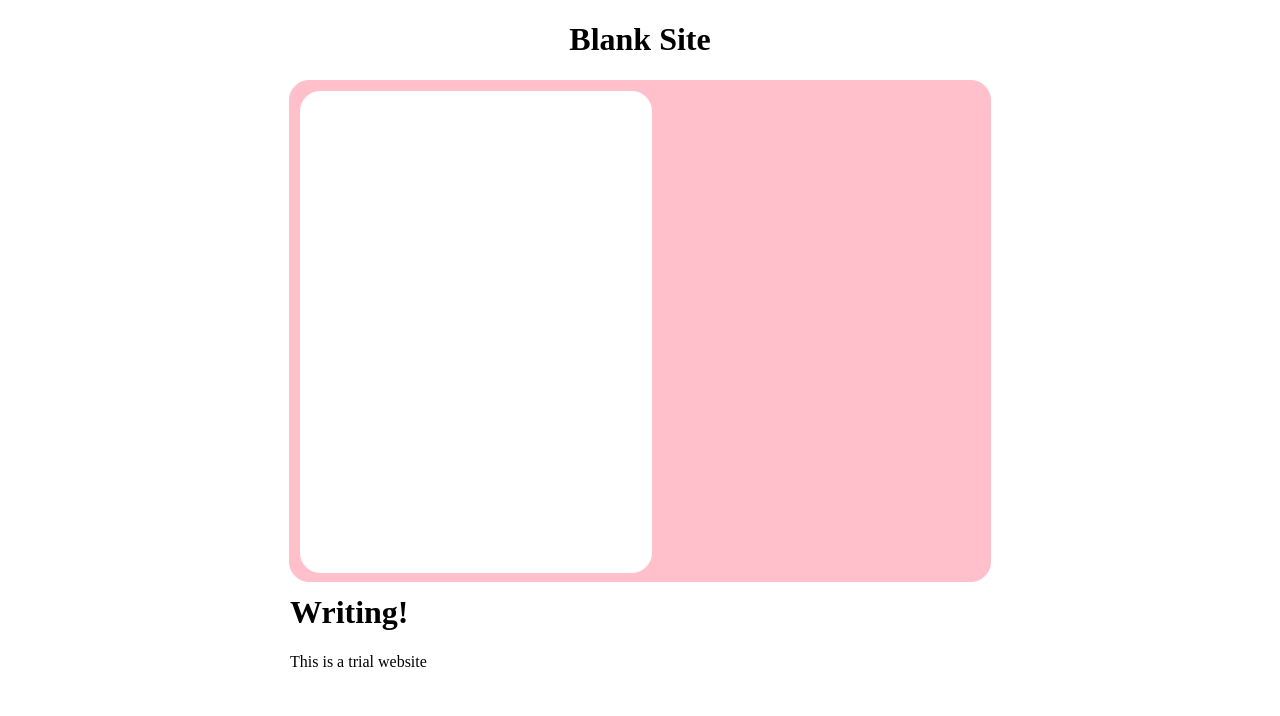
Repository: yhung004/Blank_Project
Page: index.html
An editor plug-in stored every save of this project. The page is shown before and after the next save, followed by the edit.
The browser window is 1280 px wide. The pictures show the whole page.

Above is the page before, as saved 2024-04-04 02:40:21.

After the next save:
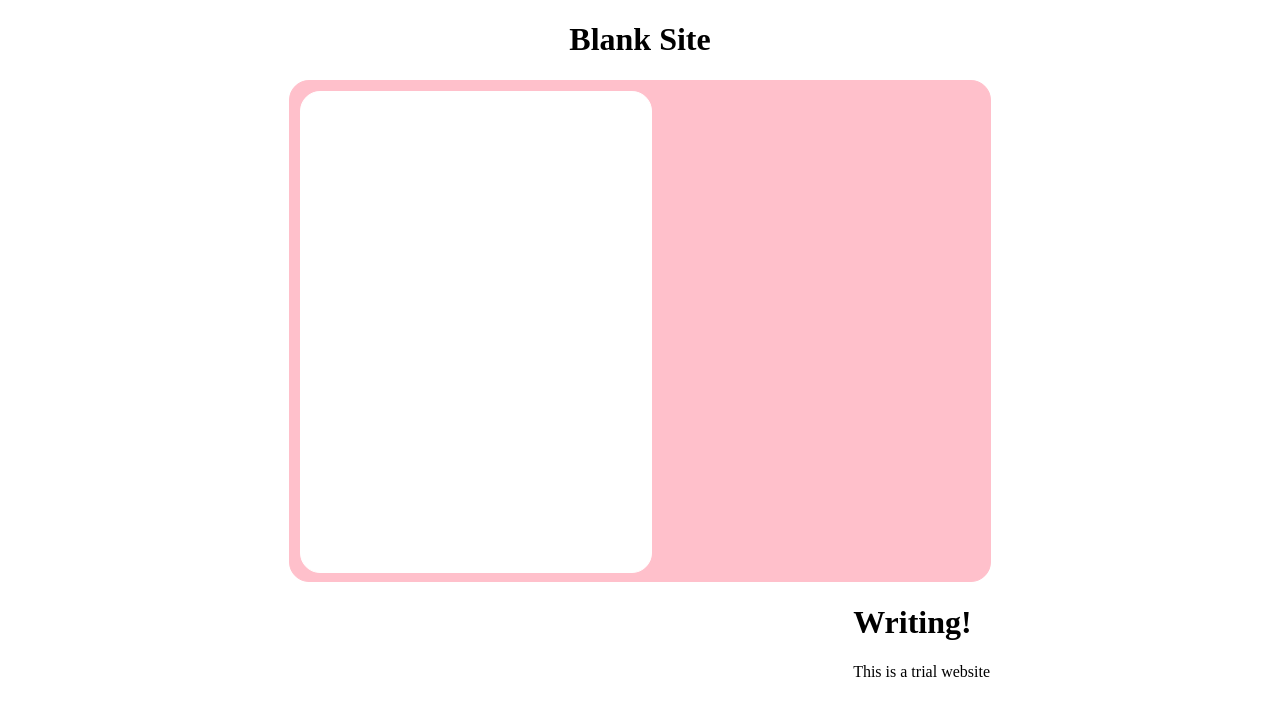
Saved 17 s later.
--- a/index.css
+++ b/index.css
@@ -20,5 +20,5 @@
 }
 .words {
     display:inline;
-    float: top right;
+    float: right;
 }

After the save that followed:
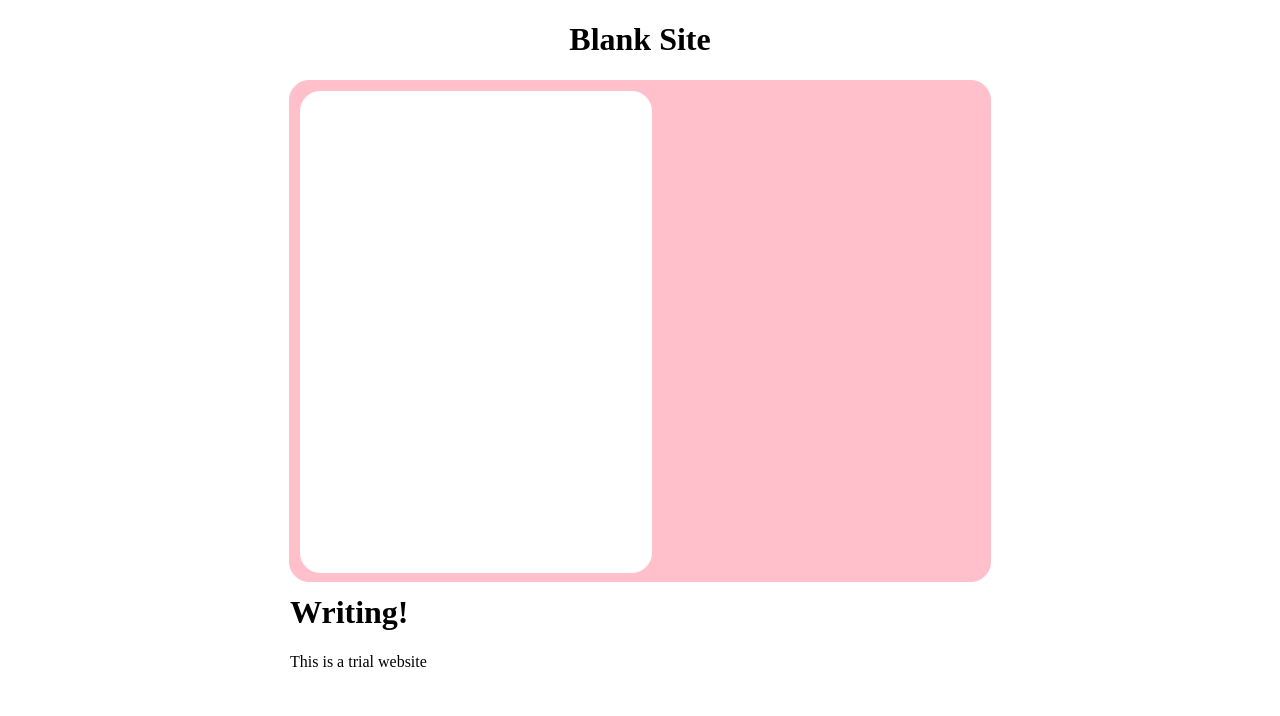
Saved 7 s later.
--- a/index.css
+++ b/index.css
@@ -20,5 +20,5 @@
 }
 .words {
     display:inline;
-    float: right;
+    float: top right;
 }
